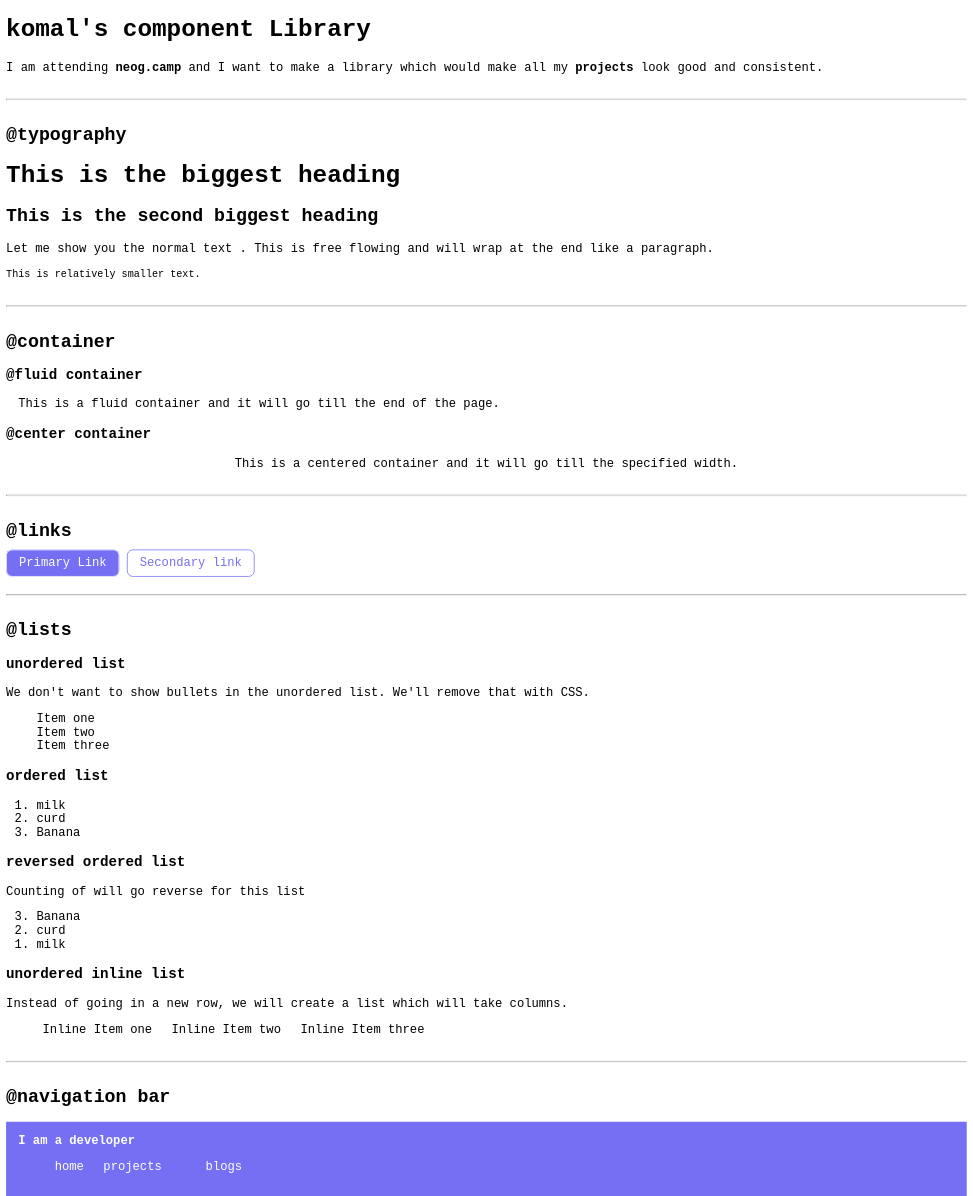
Repository: nihalani20/KomalNihalani-Portfolio
Page: index.html
An editor plug-in stored every save of this project. The page is shown before and after a run of saves, followed by the edit.
The browser window is 1280 px wide. The pictures show the part of the page from y = 0 to 1574 px (the page is 2714 px tall before and 2666 px after), at 76% of full size.
A picture or video elsewhere on the page could not be fetched, so the positions and the page height are approximate.

Above is the page before, as saved 2023-10-29 15:19:10.

After the next 4 saves:
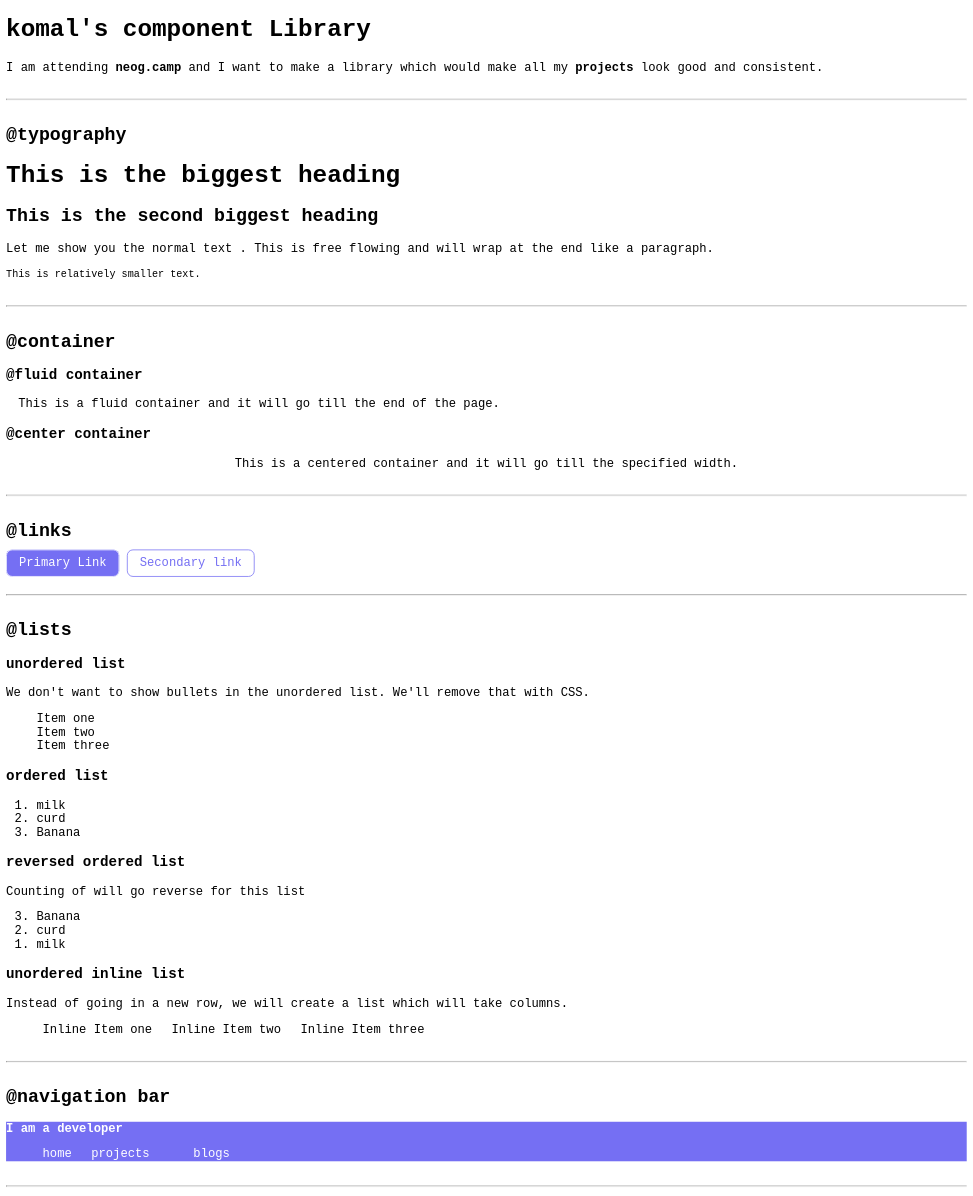
The 4 saves are shown as one change because they came seconds apart.
The last was saved 27 s later.
--- a/style.css
+++ b/style.css
@@ -82,7 +82,7 @@
 {
     background-color:var(--primary-color);
     color:white;
-    padding: 1rem;
+    padding: 1r
     border-bottom-left-radius:0rem;
 
 }

After the save that followed:
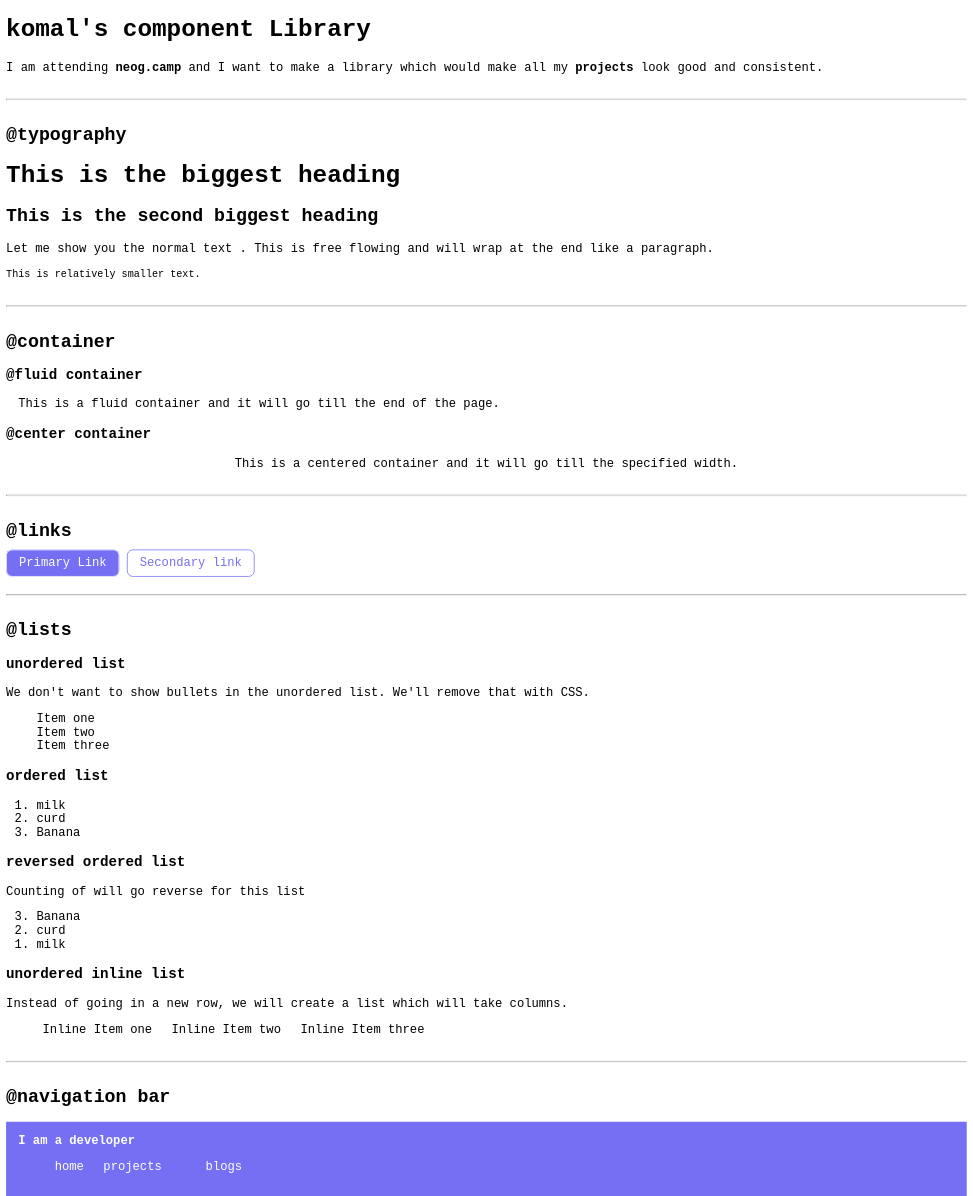
Saved 4 s later.
--- a/style.css
+++ b/style.css
@@ -82,7 +82,7 @@
 {
     background-color:var(--primary-color);
     color:white;
-    padding: 1r
+    padding: 1rem;
     border-bottom-left-radius:0rem;
 
 }
